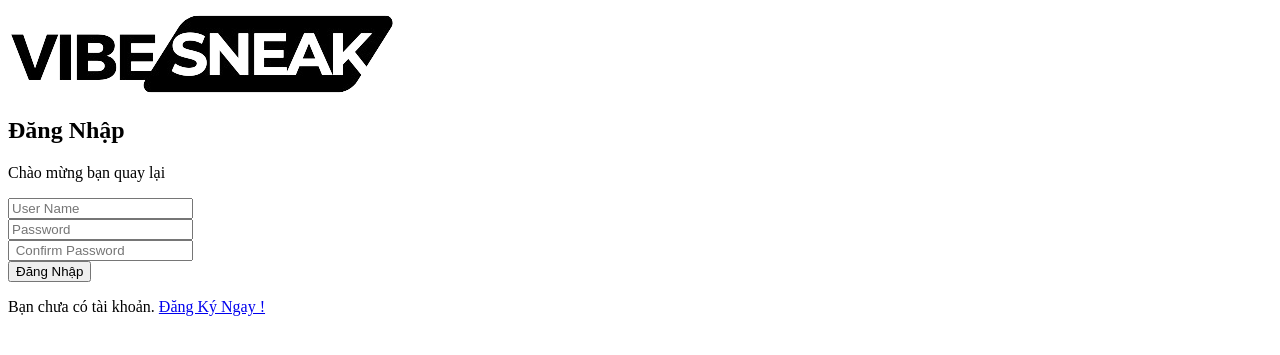
Repository: HSondev74/website-ban-giay
Page: http://localhost/BanGiay/pages/Login.php
The author's editor kept a copy of each file at every save. The page is drawn from the files as they stood at one save, then again after the next save.
The browser window is 1280 px wide. The pictures show the whole page.
The page is run by PHP 8.4 with error messages shown; the project is at /var/www/html/.

Above is the page before, as saved 2024-02-25 13:14:28.

### pages/Login.php
<?php


?>
<main>
    <div class="container">
        <div class="form">
            <img src="../images/img-header/logo-brand.png" alt="" />
            <div class="form-logup">
                <h2>Đăng Nhập</h2>
                <p>Chào mừng bạn quay lại</p>

                <div class="ip-logup">
                    <span class="input-group-text">
                        <i class="fa fa-user"></i>
                    </span>
                    <input type="text" class="form-control" placeholder="User Name" />
                </div>

                <div class="ip-logup">
                    <span class="input-group-text">
                        <i class="fa fa-lock"></i>
                    </span>
                    <input type="text" class="form-control" placeholder="Password" />
                </div>

                <div class="ip-logup">
                    <span class="input-group-text">
                        <i class="fa fa-lock"></i>
                    </span>
                    <input type="text" class="form-control" placeholder=" Confirm Password" />
                </div>

                <div class="btn-logup">
                    <input type="button" value="Đăng Nhập" class="button" />

                    <p class="ask2 ask">
                        Bạn chưa có tài khoản.
                        <a href="LogUp.php">Đăng Ký Ngay !</a>
                    </p>
                </div>
            </div>
        </div>
    </div>
</main>

After the next save:
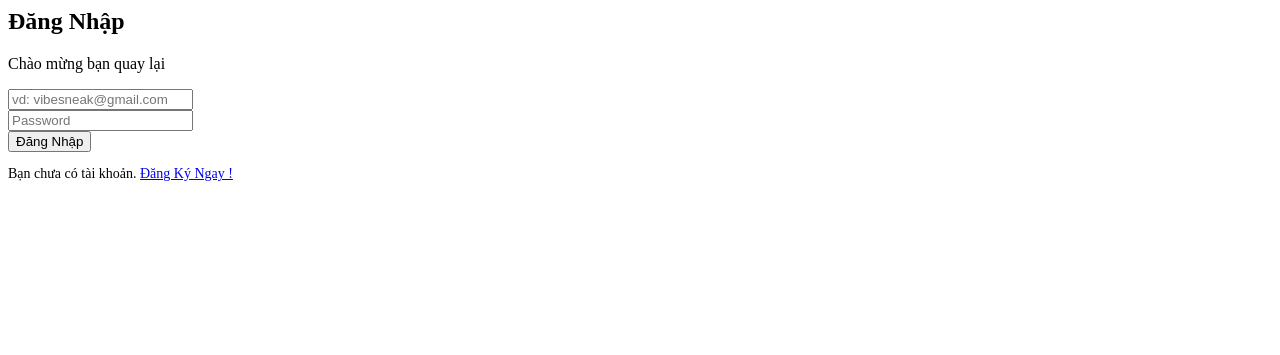
Saved 88 s later.
--- a/pages/Login.php
+++ b/pages/Login.php
@@ -1,12 +1,34 @@
 <?php
+if (isset($_POST['login'])) {
+     $email = $_POST['email'];
+     $password = $_POST['password'];
+     $sql = "SELECT * FROM nguoidung WHERE email = '" . $email . "' AND matkhau = '" . $password . " ' LIMIT 1";
 
+     $result = mysqli_query($conn, $sql);
+     $count = mysqli_num_rows($result);
+     if ($count > 0) {
+          $row = mysqli_fetch_assoc($result);
+          if ($row['kieunguoidung'] == "customer") {
+
+               $_SESSION['dangnhap'] = $row;
+
+               echo "<script>alert('Đăng nhập thành công!')
+               window.history.back()
+               </script>";
+          }
+     } else {
+          echo "<script>alert('Tài khoản mật khẩu không đúng!')
+          window.location.href='index.php?action=login'
+          </script>";
+     }
+}
 
 ?>
-<main>
+<main id="main">
     <div class="container">
         <div class="form">
-            <img src="../images/img-header/logo-brand.png" alt="" />
-            <div class="form-logup">
+            <!-- <img src="./images/img-header/logo-brand.png" alt="" /> -->
+            <form action="" method="POST" class="form-logup">
                 <h2>Đăng Nhập</h2>
                 <p>Chào mừng bạn quay lại</p>
 
@@ -14,32 +36,25 @@
                     <span class="input-group-text">
                         <i class="fa fa-user"></i>
                     </span>
-                    <input type="text" class="form-control" placeholder="User Name" />
+                    <input type="email" name="email" class="form-control" placeholder="vd: vibesneak@gmail.com" />
                 </div>
 
                 <div class="ip-logup">
                     <span class="input-group-text">
                         <i class="fa fa-lock"></i>
                     </span>
-                    <input type="text" class="form-control" placeholder="Password" />
-                </div>
-
-                <div class="ip-logup">
-                    <span class="input-group-text">
-                        <i class="fa fa-lock"></i>
-                    </span>
-                    <input type="text" class="form-control" placeholder=" Confirm Password" />
+                    <input type="text" name="password" class="form-control" placeholder="Password" />
                 </div>
 
                 <div class="btn-logup">
-                    <input type="button" value="Đăng Nhập" class="button" />
+                    <input type="submit" name="login" value="Đăng Nhập" class="button" />
 
-                    <p class="ask2 ask">
+                    <p class="ask2 ask" style="font-size: 14px;">
                         Bạn chưa có tài khoản.
-                        <a href="LogUp.php">Đăng Ký Ngay !</a>
+                        <a href="index.php?action=logup">Đăng Ký Ngay !</a>
                     </p>
                 </div>
-            </div>
+            </form>
         </div>
     </div>
 </main>
